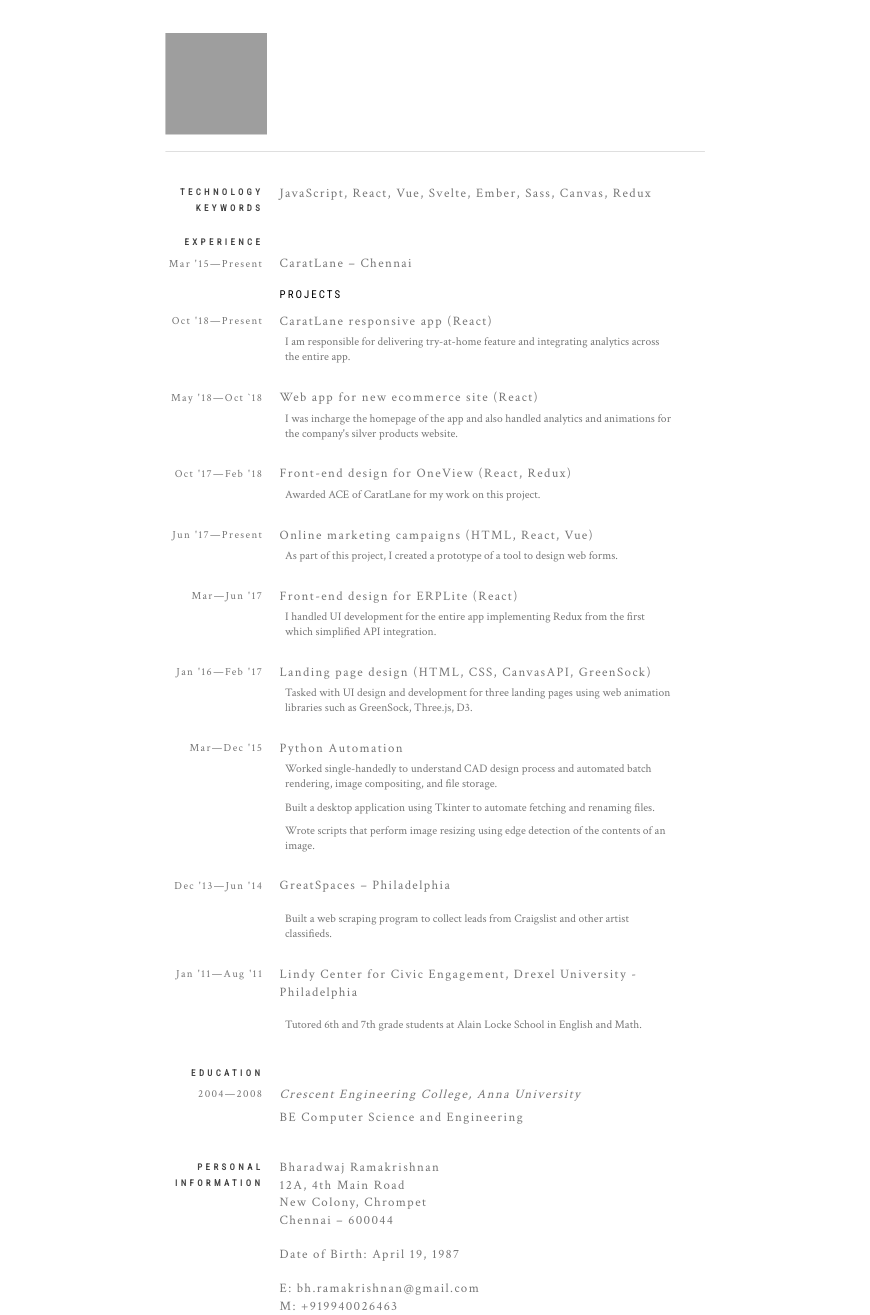
Repository: nosplashurinal/resume
Page: index.html
The author's editor kept a copy of each file at every save. The page is drawn from the files as they stood at one save, then again after the next save.
The browser window is 1280 px wide. The pictures show the whole page, at 68% of full size.
Pictures or frames that could not be fetched are drawn as grey boxes.

Above is the page before, as saved 2019-01-02 11:32:55.

### index.html
<html lang="en">
  <head>
    <style>
      .page {
        width: 21cm;
        height: 29.7cm;
        margin: auto;
        padding: 0.5in;
      }
    </style>
    <link
      href="https://fonts.googleapis.com/css?family=Roboto+Condensed|Roboto:300|Crimson+Text"
      rel="stylesheet"
    />
    <link rel="stylesheet" href="/style.css" />
  </head>

  <body>
    <div class="page">
      <div class="header">
        <img class="headshot" src="./profile.jpg" alt="headshot">

      </div>
      <svg height="1" width="100%">
        <line
          x1="0"
          y1="0"
          x2="100%"
          y2="0"
          style="stroke:#767676;stroke-width:1"
        />
      </svg>
      <div class="body-block"></div>
      <div class="body-block">
        <div class="gutter-container"><h2>TECHNOLOGY KEYWORDS</h2></div>
        <p>JavaScript, React, Vue, Svelte, Ember, Sass, Canvas, Redux</p>
      </div>
      <div class="body-block">
        <div class="gutter-container"><h2>EXPERIENCE</h2></div>
        <div class="exp-block">
          <div class="company">
            <p class="date">Mar '15&mdash;Present</p>
            <p>CaratLane – Chennai</p>
          </div>
          <h3>PROJECTS</h3>
          <div class="project-block">
            <p class="date">Oct '18&mdash;Present</p>
            <p class="title">CaratLane responsive app (React)</p>
            <ul class="desc">
              <li>
                I am responsible for delivering try-at-home feature and
                integrating analytics across the entire app.
              </li>
            </ul>
          </div>
          <div class="project-block">
            <p class="date">May '18&mdash;Oct `18</p>
            <p class="title">Web app for new ecommerce site (React)</p>
            <ul class="desc">
              <li>
                I was incharge the homepage of the app and also handled
                analytics and animations for the company's silver products
                website.
              </li>
            </ul>
          </div>
          <div class="project-block">
            <p class="date">Oct '17&mdash;Feb '18</p>
            <p class="title">Front-end design for OneView (React, Redux)</p>
            <ul class="desc">
              <li>Awarded ACE of CaratLane for my work on this project.</li>
            </ul>
          </div>
          <div class="project-block">
            <p class="date">Jun '17&mdash;Present</p>
            <p class="title">Online marketing campaigns (HTML, React, Vue)</p>
            <ul class="desc">
              <li>
                As part of this project, I created a prototype of a tool to
                design web forms.
              </li>
            </ul>
          </div>
          <div class="project-block">
            <p class="date">Mar&mdash;Jun '17</p>
            <p class="title">Front-end design for ERPLite (React)</p>
            <ul class="desc">
              <li>
                I handled UI development for the entire app implementing Redux
                from the first which simplified API integration.
              </li>
            </ul>
          </div>
          <div class="project-block">
            <p class="date">Jan '16&mdash;Feb '17</p>
            <p class="title">
              Landing page design (HTML, CSS, CanvasAPI, GreenSock)
            </p>
            <ul class="desc">
              <li>
                Tasked with UI design and development for three landing pages
                using web animation libraries such as GreenSock, Three.js, D3.
              </li>
            </ul>
          </div>
          <div class="project-block">
            <p class="date">Mar&mdash;Dec '15</p>
            <p class="title">Python Automation</p>
            <ul class="desc">
              <li>
                Worked single-handedly to understand CAD design process and
                automated batch rendering, image compositing, and file storage.
              </li>
              <li>
                Built a desktop application using Tkinter to automate fetching
                and renaming files.
              </li>
              <li>
                Wrote scripts that perform image resizing using edge detection
                of the contents of an image.
              </li>
            </ul>
          </div>
          <div class="company">
            <p class="date">Dec '13&mdash;Jun '14</p>
            <p>GreatSpaces – Philadelphia</p>
          </div>
          <div class="project-block">
            <ul class="desc">
              <li>
                Built a web scraping program to collect leads from Craigslist
                and other artist classifieds.
              </li>
            </ul>
          </div>
          <div class="company">
            <p class="date">Jan '11&mdash;Aug '11</p>
            <p>
              Lindy Center for Civic Engagement, Drexel University -
              Philadelphia
            </p>
          </div>
          <div class="project-block">
            <ul class="desc">
              <li>
                Tutored 6th and 7th grade students at Alain Locke School in
                English and Math.
              </li>
            </ul>
          </div>
        </div>
      </div>
      <div class="body-block">
        <div class="gutter-container"><h2>EDUCATION</h2></div>
        <div class="education-block">
          <div class="education">
            <p class="italic">Crescent Engineering College, Anna University</p>
            <p class="date">2004&mdash;2008</p>
            <p>BE Computer Science and Engineering</p>
          </div>
        </div>
      </div>
      <div class="body-block">
        <div class="gutter-container"><h2>PERSONAL INFORMATION</h2></div>
        <div class="block-section">
          <p>Bharadwaj Ramakrishnan</p>
          <p>12A, 4th Main Road</p>
          <p>New Colony, Chrompet</p>
          <p>Chennai – 600044</p>
        </div>
        <div class="block-section"><p>Date of Birth: April 19, 1987</p></div>
        <div class="block-section">
          <p>E: bh.ramakrishnan@gmail.com</p>
          <p>M: +919940026463</p>
        </div>
      </div>
    </div>
  </body>
</html>

### dist/style.css
html, body, div, span, applet, object, iframe,
h1, h2, h3, h4, h5, h6, p, blockquote, pre,
a, abbr, acronym, address, big, cite, code,
del, dfn, em, img, ins, kbd, q, s, samp,
small, strike, strong, sub, sup, tt, var,
b, u, i, center,
dl, dt, dd, ol, ul, li,
fieldset, form, label, legend,
table, caption, tbody, tfoot, thead, tr, th, td,
article, aside, canvas, details, embed,
figure, figcaption, footer, header, hgroup,
menu, nav, output, ruby, section, summary,
time, mark, audio, video {
	margin: 0;
	padding: 0;
	border: 0;
	font-size: 100%;
	font: inherit;
	vertical-align: baseline;
}
article, aside, details, figcaption, figure,
footer, header, hgroup, menu, nav, section {
	display: block;
}
body {
	line-height: 1;
}
ol, ul {
	list-style: none;
}
blockquote, q {
	quotes: none;
}
blockquote:before, blockquote:after,
q:before, q:after {
	content: '';
	content: none;
}
table {
	border-collapse: collapse;
	border-spacing: 0;
}

h1, h3, h4 {
	font-family: 'Roboto', sans-serif;
}
.header {
	padding-bottom: 0.25in;
	position: relative;
}
.header .headshot {
	width: 150px;
	height: 150px;
}
.body-block {
	padding: 0 0.5in 0 1.75in;
	margin-bottom: 0.5in;
}
.gutter-container {
	position: absolute;
	margin-left: -1.75in;
	width: 1.5in;
}
.gutter-container h2 {
	line-height: 24px;
	letter-spacing: 5px;
	text-align: right;
	font-weight: bold;
}
h1 {
	font-size: 40px;
	color: #767676;
	margin-bottom: 0.25in;
}
h2 {
	font-size: 13px;
	color: #434343;
	font-family: 'Roboto Condensed', sans-serif;
}
p {
	font-family: 'Crimson Text', serif;
	color: #767676;
	letter-spacing: 2px;
	line-height: 26px;
	font-size: 19px;
}
.italic {
	font-style: italic;
}
.bold {
	font-weight: bold;
}
.education {
	position: relative;
}
.date {
	position: absolute;
	width: 1.5in;
	left: -1.75in;
	top: 0;
	text-align: right;
	font-family: 'Crimson Text', serif;
	font-size: 16px;
	color: #767676;
}
.education p:nth-child(1) {
	margin-bottom: 8px;
}
.block-section {
	margin-bottom: 0.25in;
}
.exp-block {
	position: relative;
}
.exp-block 	h3 {
	margin-bottom: 0.2in;
	font-family: 'Roboto Condensed', sans-serif;
	letter-spacing: 3px;
}
.company {
	margin-bottom: 0.25in;
	position: relative;
}
.education-block, .exp-block {
	padding-top: 30px;
}
.project-block {
	position: relative;
	color: #767676;
	margin-bottom: 36px;
}
.project-block .title {
	margin-bottom: 6px;
}
ul.desc {
	font-family: 'Crimson Text', serif;
	font-size: 17px;
	line-height: 22px;
}
.desc li {
	margin-bottom: 12px;
	margin-left: 8px;
}
.desc li::before {
	/* content: '-'; */
	display: inline-block;
	margin-right: 6px;
	font-weight: bold;
}

After the next save:
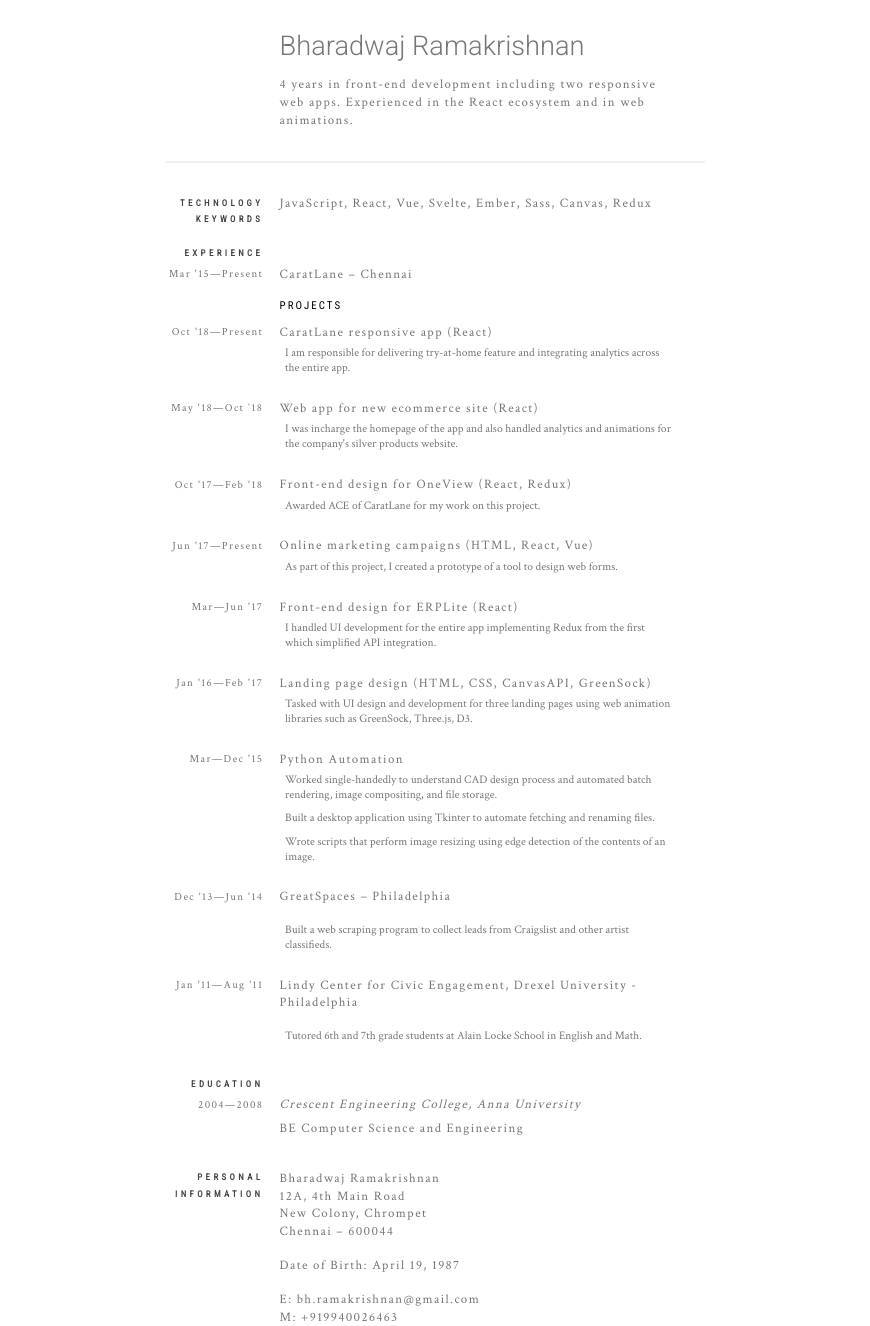
Saved 2 min 46 s later.
--- a/index.html
+++ b/index.html
@@ -17,9 +17,20 @@
 
   <body>
     <div class="page">
-      <div class="header">
+      <!-- <div class="header">
         <img class="headshot" src="./profile.jpg" alt="headshot">
-
+        <h1>Bharadwaj Ramakrishnan</h1>
+        <p>
+          4 years in front-end development including two responsive web apps.
+          Experienced in the React ecosystem and in web animations.
+        </p>
+      </div> -->
+      <div class="body-block">
+        <h1>Bharadwaj Ramakrishnan</h1>
+        <p>
+          4 years in front-end development including two responsive web apps.
+          Experienced in the React ecosystem and in web animations.
+        </p>
       </div>
       <svg height="1" width="100%">
         <line
